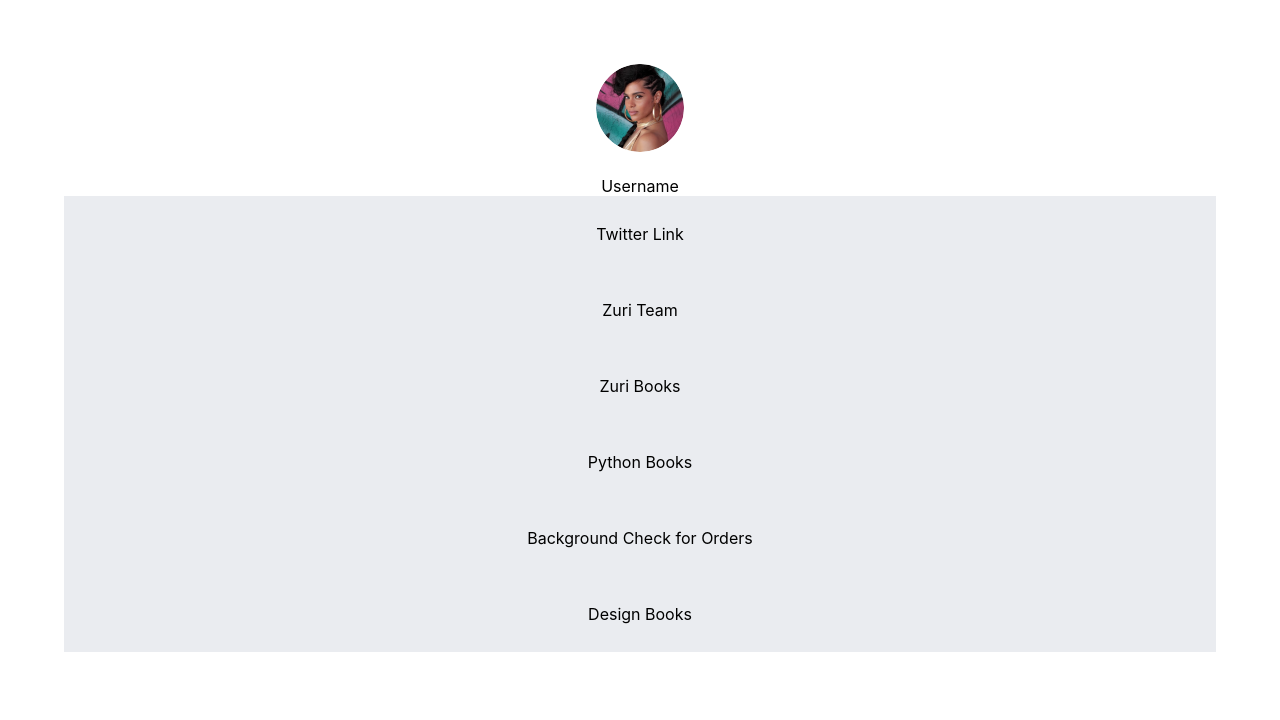
Repository: uh-sman/Zuri-task-one
Page: /
These files come from the project's save history. The page is drawn as it stood at one moment and after the next save; the edit follows.
The browser window is 1280 px wide. The pictures show the whole page.
The project was rebuilt for these pictures with package versions that can differ from the ones it lists, and the page was loaded fresh each time.

Above is the page before, as saved 2022-10-23 19:23:42.

After the next save:
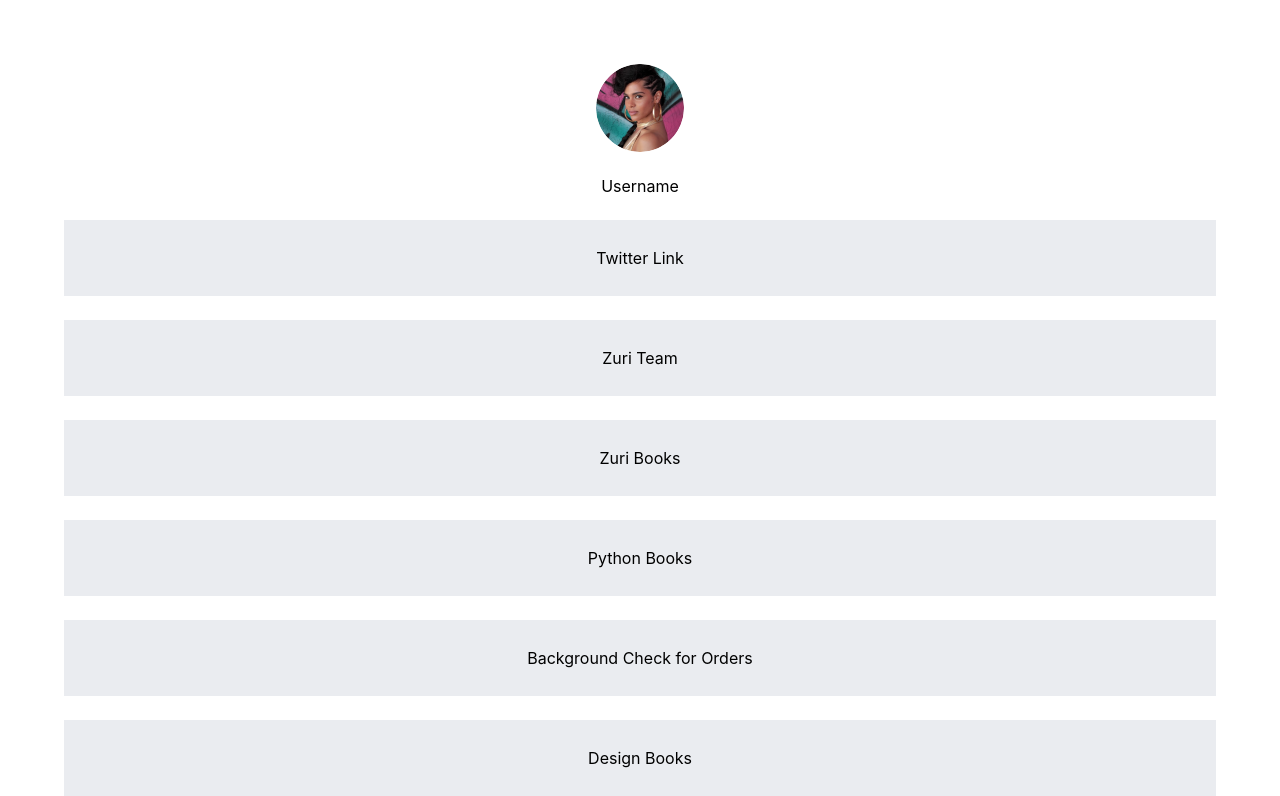
Saved 55 s later.
--- a/src/Components/body.css
+++ b/src/Components/body.css
@@ -12,7 +12,8 @@
   justify-content: center;
   align-items: center;
   padding: 24px 32px;
-  gap: 8px;
+  /* gap: 8px; */
+  margin-top: 24px;
   background-color: #eaecf0;
   width: 1152px;
   height: 76px;
